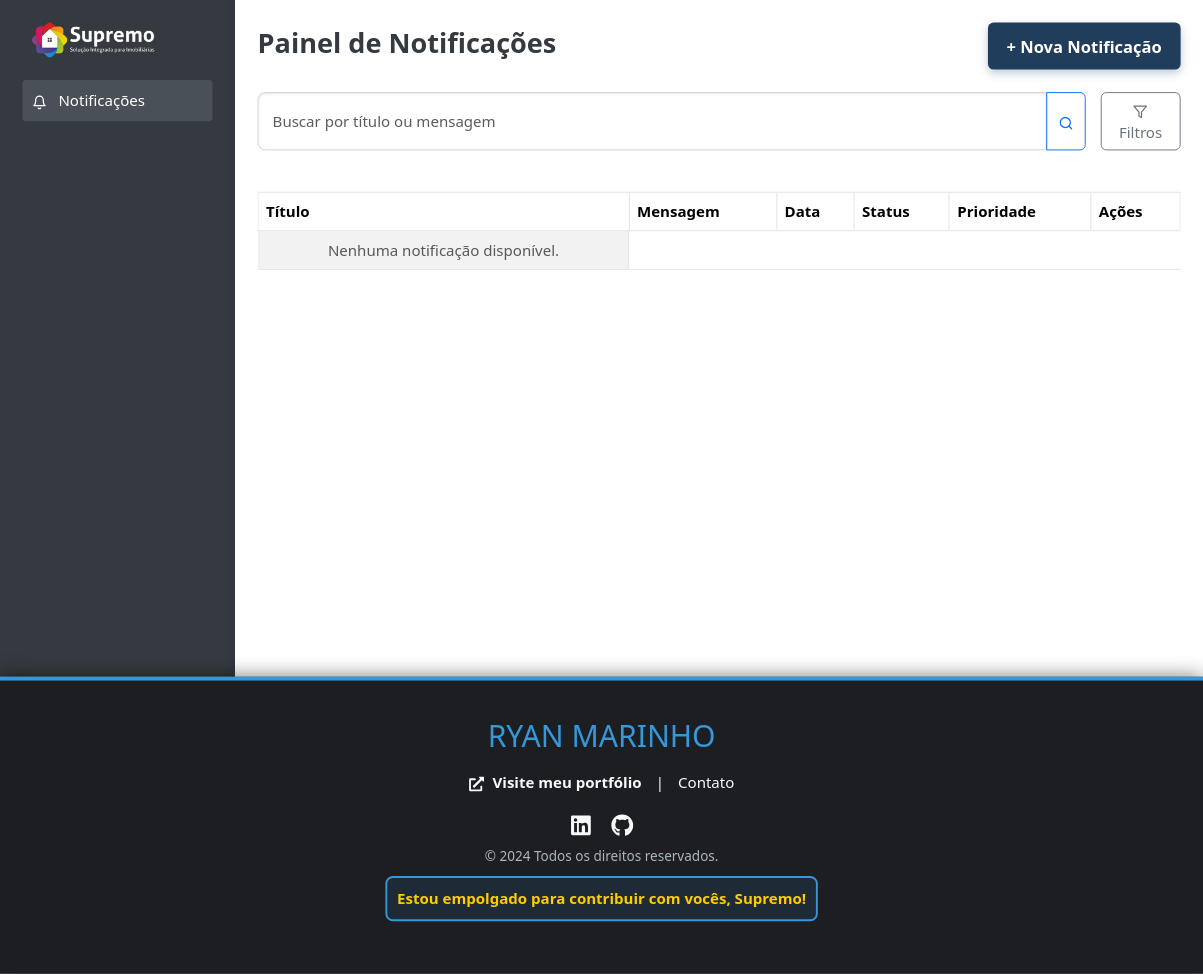
Repository: ryanmarinhodev/Supremo-teste-tecnico
Page: /notifications
The author's editor kept a copy of each file at every save. The page is drawn from the files as they stood at one save, then again after the next save.
The browser window is 1280 px wide. The pictures show the whole page, at 94% of full size.
The project was rebuilt for these pictures with package versions that can differ from the ones it lists, and the page was loaded fresh each time. Also part of the build but not shown: src/App.css, src/Components/Login/index.jsx.

Above is the page before, as saved 2024-11-07 20:08:06.

After the next save:
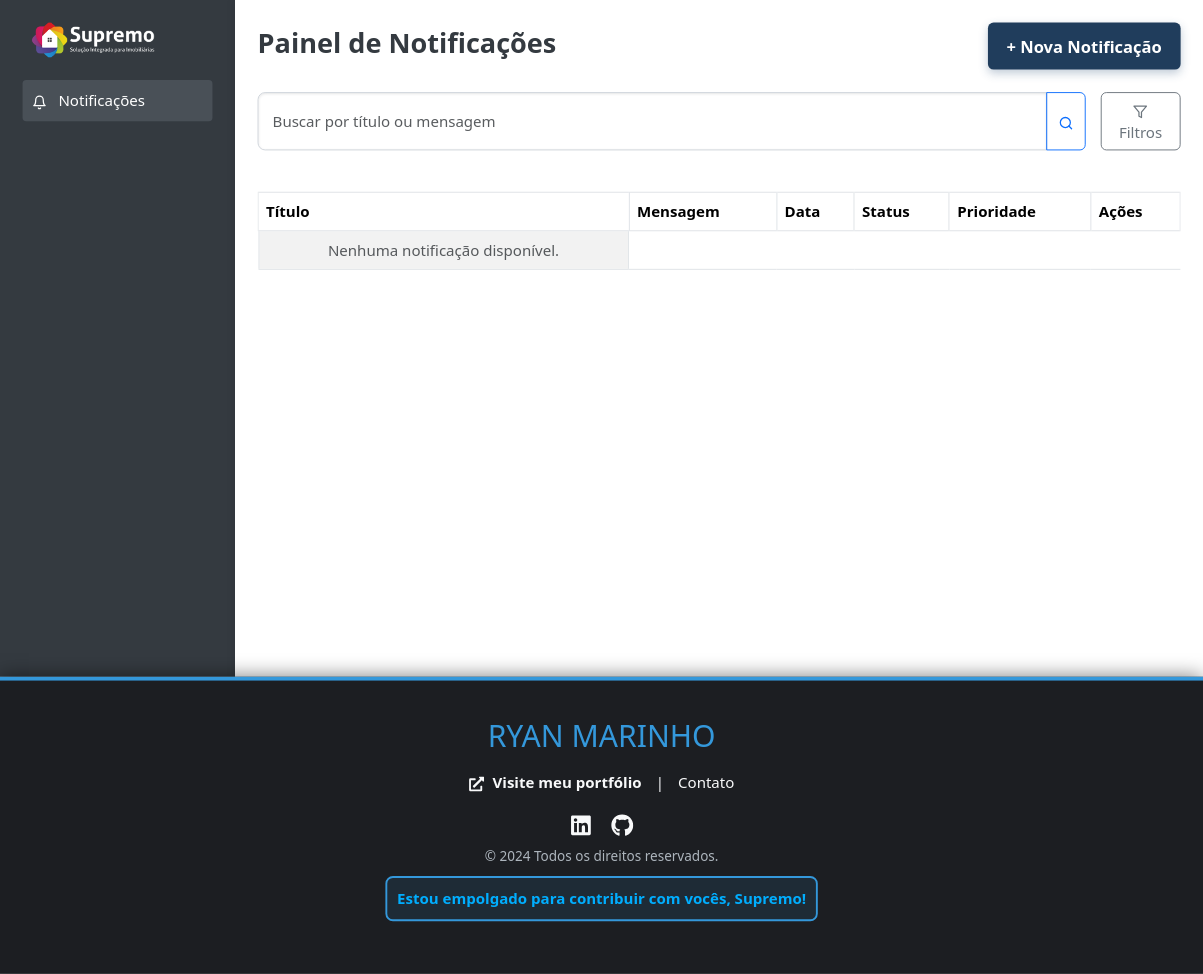
Saved 6 s later.
--- a/src/Components/Notifications/notification.css
+++ b/src/Components/Notifications/notification.css
@@ -278,7 +278,7 @@ button:hover {
 
 .footer-note {
   font-size: 1em; /* Tamanho da fonte da nota aumentada */
-  color: #ffcc00; /* Cor amarela para destacar */
+  color: #00aeff; /* Cor amarela para destacar */
   margin-top: 10px; /* Espaçamento acima da nota */
   font-weight: bold; /* Deixa o texto em negrito */
   padding: 10px; /* Espaçamento interno */
